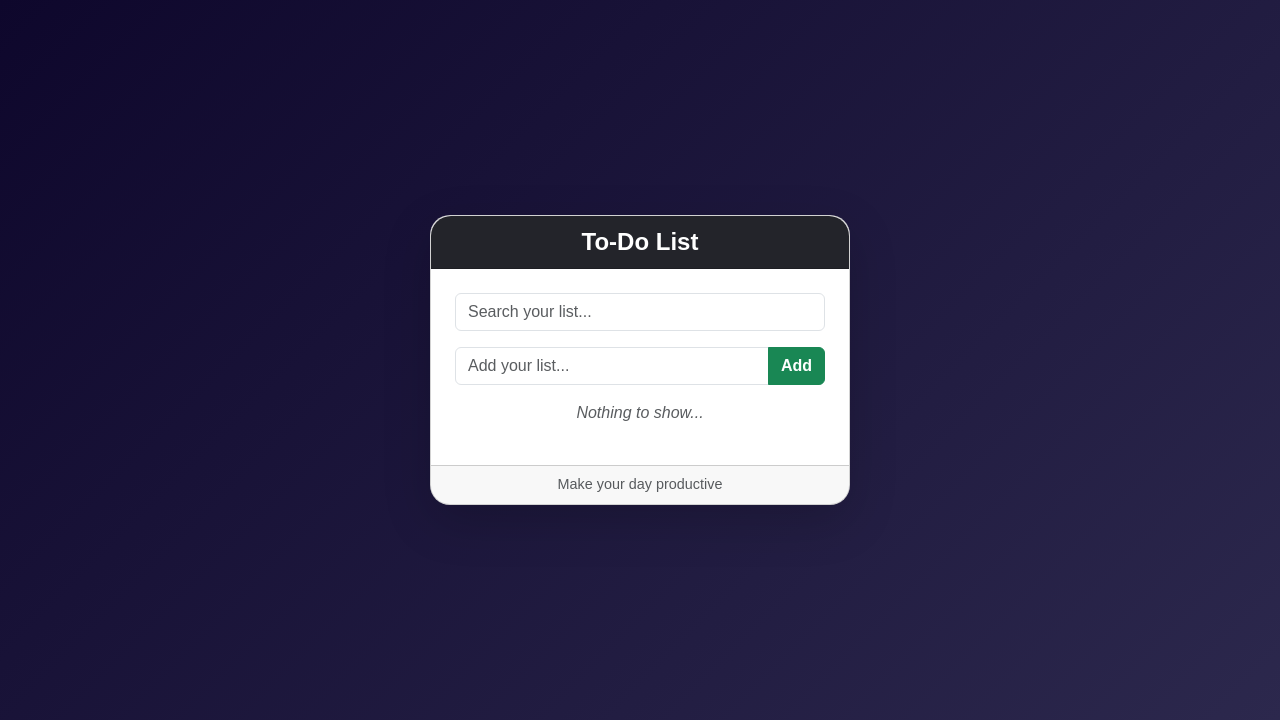
Repository: Dredphoenix/react-todo-app
Page: /
These files come from the project's save history. The page is drawn as it stood at one moment and after the next save; the edit follows.
The browser window is 1280 px wide. The pictures show the whole page.
The page's requests for data from a server got no answer. The project was rebuilt for these pictures with package versions that can differ from the ones it lists, and the page was loaded fresh each time. No one was signed in, and anything a server would have sent is missing. Also part of the build but not shown: vite.config.js.

Above is the page before, as saved 2025-10-01 14:43:08.

### src/App.jsx
import React from 'react';
import { BrowserRouter as Router, Routes, Route, Navigate } from 'react-router-dom';
import Home from './pages/Home';

function App() {


  return (
    <Home/>
  );
}

export default App;

### src/pages/Home.jsx
import React, { useState, useEffect } from "react";
import "bootstrap/dist/css/bootstrap.min.css";
import axios from "axios";

const Home = () => {
  const [items, setItems] = useState([]);
  const [input, setInput] = useState("");
  const [editIndex, setEditIndex] = useState(-1);
  const [search, setSearch] = useState("");

  // Fetch items from backend
  useEffect(() => {
    axios.get("http://localhost:5000/lists").then((response) => {
        if (response.data.success && Array.isArray(response.data.data)) {
          setItems(response.data.data);
        }
      }).catch((err) => console.log(err));
  }, []);

  // Add and Update item
  const handleAdd = () => {
    const trimmed = input.trim();
    if (!trimmed) {
      alert("Please enter a valid input");
      return;
    }

    if (editIndex === -1) {
      // Add new
      axios.post("http://localhost:5000/lists", { action: trimmed })
        .then((res) => {
          if (res.data && res.data.data) {
            setItems([...items, res.data.data]);
            setInput("");
          }
        })
        .catch((err) => console.log("Error adding item:", err));
    } else {
      // Update existing
      const itemToUpdate = items[editIndex];
      axios.put(`http://localhost:5000/lists/${itemToUpdate._id}`, { action: trimmed })
        .then((res) => {
          const updatedItems = [...items];
          updatedItems[editIndex] = res.data.data;
          setItems(updatedItems);
          setEditIndex(-1);
          setInput("");
        })
        .catch((err) => console.log("Error updating item:", err));
    }
  };

  // Delete item
  const handleDelete = (index) => {
    const id = items[index]._id;
    axios.delete(`http://localhost:5000/lists/${id}`)
      .then((res) => {
        const updated = items.filter((_, i) => i !== index);
        setItems(updated);
        console.log("Deleted:", res.data);
      })
      .catch((err) => console.log("Error deleting item:", err));
  };

  // Edit item
  const handleEdit = (index) => {
    const item = items[index];
    setInput(item.action || "");
    setEditIndex(index);
  };

  // Search filter
  const filteredItems = items.filter(
    (item) => item.action && item.action.toLowerCase().includes(search.toLowerCase())
  );

  // Add using Enter key
  const handleEnter = (e) => {
    if (e.key === "Enter") handleAdd();
  };

  return (
    <div
      className="min-vh-100 d-flex align-items-center justify-content-center"
      style={{
        background: "linear-gradient(135deg, #0e072cff, #2c284dff)",
        fontFamily: "Poppins, sans-serif",
      }}
    >
      <div className="card shadow-lg" style={{ width: "420px", borderRadius: "20px" }}>
        <div
          className="card-header text-center text-white fw-bold"
          style={{
            backgroundColor: "#23242a",
            borderTopLeftRadius: "20px",
            borderTopRightRadius: "20px",
            fontSize: "1.5rem",
          }}
        >
          To-Do List
        </div>

        <div className="card-body p-4">
          {/* Search Input */}
          <div className="input-group mb-3">
            <input
              type="text"
              className="form-control"
              placeholder="Search your list..."
              value={search}
              onChange={(e) => setSearch(e.target.value)}
            />
          </div>

          {/* Add/Edit Input */}
          <div className="input-group mb-3">
            <input
              type="text"
              className="form-control"
              placeholder={editIndex === -1 ? "Add your list..." : "Edit item..."}
              value={input}
              onChange={(e) => setInput(e.target.value)}
              onKeyDown={handleEnter}
            />
            <button
              className={`btn ${editIndex === -1 ? "btn-success" : "btn-primary"} fw-bold`}
              onClick={handleAdd}
            >
              {editIndex === -1 ? "Add" : "Update"}
            </button>
          </div>

          {/* List */}
          {filteredItems.length === 0 ? (
            <p className="text-center text-muted fst-italic">Nothing to show...</p>
          ) : (
            <ul className="list-group list-group-flush">
              {filteredItems.map((item, index) => (
                <li
                  key={item._id}
                  className="list-group-item d-flex justify-content-between align-items-center"
                  style={{
                    borderRadius: "10px",
                    background: "#FFF8E1",
                    marginBottom: "8px",
                  }}
                >
                  <span className="fw-semibold">{item.action}</span>
                  <div>
                    <button
                      className="btn btn-sm btn-outline-primary me-2"
                      onClick={() => handleEdit(index)}
                    >
                      Edit
                    </button>
                    <button
                      className="btn btn-sm btn-outline-danger"
                      onClick={() => handleDelete(index)}
                    >
                      Delete
                    </button>
                  </div>
                </li>
              ))}
            </ul>
          )}
        </div>

        <div
          className="card-footer text-center text-muted"
          style={{
            fontSize: "0.9rem",
            borderBottomLeftRadius: "20px",
            borderBottomRightRadius: "20px",
          }}
        >
          Make your day productive
        </div>
      </div>
    </div>
  );
};

export default Home;

Loaded but not shown: src/main.jsx (common file); src/index.css (no stored copy; drawn as an empty file)

After the next save:
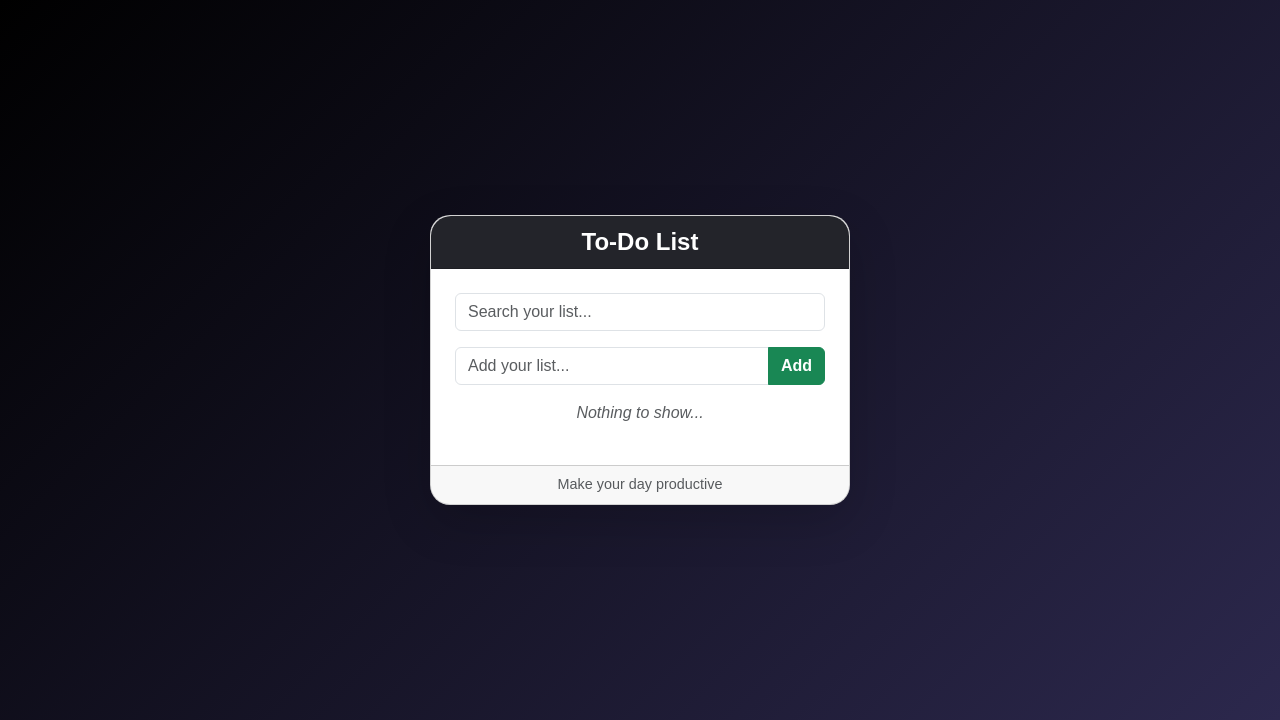
Saved 20 s later.
--- a/src/pages/Home.jsx
+++ b/src/pages/Home.jsx
@@ -83,7 +83,7 @@ const Home = () => {
     <div
       className="min-vh-100 d-flex align-items-center justify-content-center"
       style={{
-        background: "linear-gradient(135deg, #0e072cff, #2c284dff)",
+        background: "linear-gradient(135deg, #000000ff, #2c284dff)",
         fontFamily: "Poppins, sans-serif",
       }}
     >
